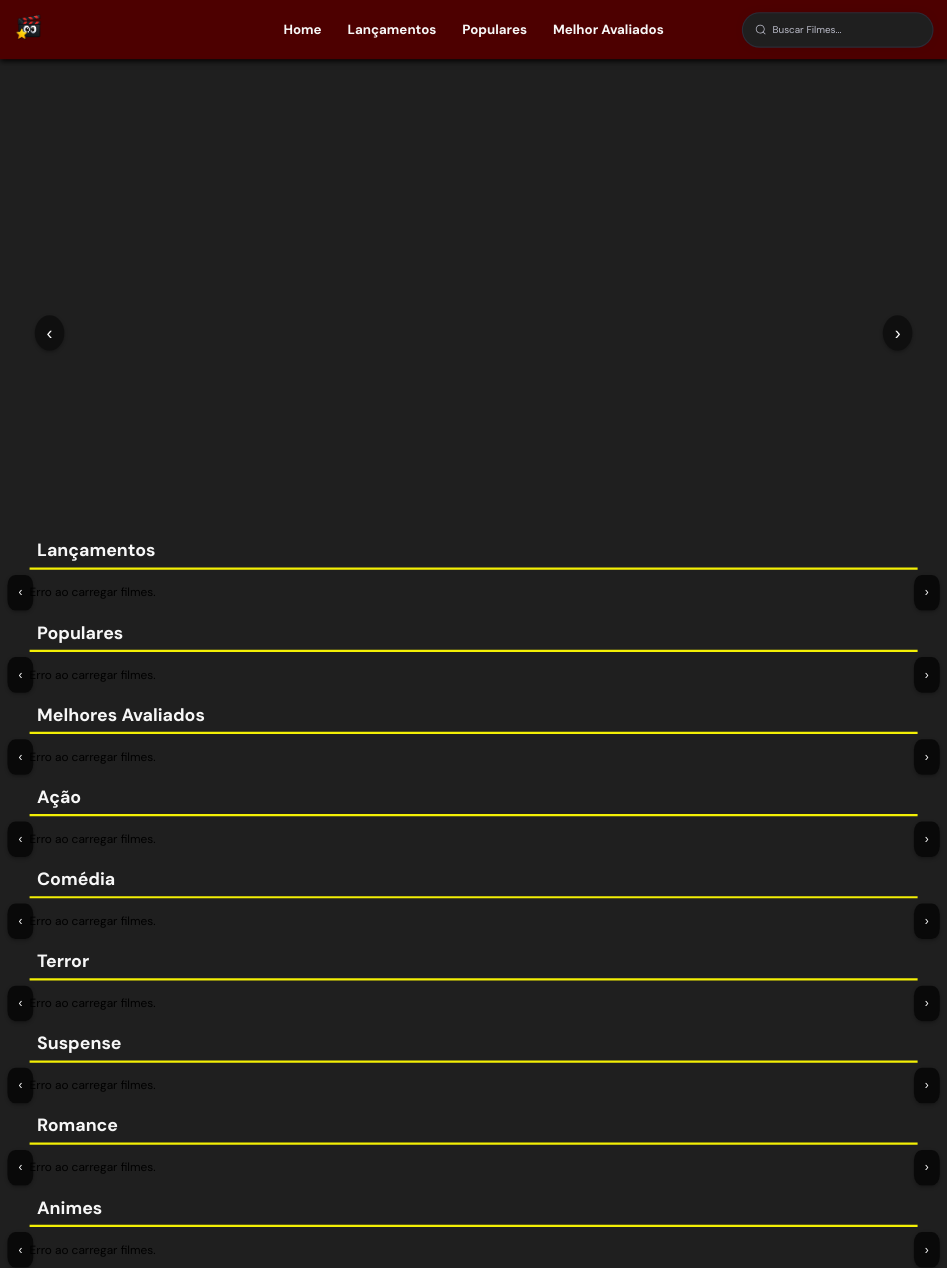
Repository: juanpablitozito/stat-viewer
Page: index.html
The author's editor kept a copy of each file at every save. The page is drawn from the files as they stood at one save, then again after the next save.
The browser window is 1280 px wide. The pictures show the whole page, at 74% of full size.
The page's requests for data from a server got no answer.

Above is the page before, as saved 2025-10-01 21:17:46.

### index.html
<!DOCTYPE html>
<html lang="pt-br">
<head>
    <meta charset="UTF-8">
    <meta name="viewport" content="width=device-width, initial-scale=1.0">
    <link rel="shortcut icon" href="/assets/img/logo_stat.ico" type="image/x-icon">
    <title>Stat Viewer</title>
    <link rel="stylesheet" href="src/styles/style.css">
    <link rel="preconnect" href="https://fonts.googleapis.com">
    <link rel="preconnect" href="https://fonts.gstatic.com" crossorigin>
    <link href="https://fonts.googleapis.com/css2?family=DM+Sans:ital,opsz,wght@0,9..40,100..1000;1,9..40,100..1000&display=swap" rel="stylesheet">
    <script src="https://cdn.jsdelivr.net/npm/sweetalert2@11"></script>
</head>
<body>

    <header>
        <section class="nav-bar">

            <nav id="home">

                <a href="/src/pages/login.html"><img src="assets/img/logo_stat.ico" alt="logo" ></a>

                <ul>

                    <li><a href="#home">Home</a></li>
                    <li><a href="#lançamentos">Lançamentos</a></li>
                    <li><a href="#populares">Populares</a></li>
                    <li><a href="#melhoravaliados">Melhor Avaliados</a></li>
                </ul>

                <div class="search-container">
                  <div class="group">
                    <svg viewBox="0 0 24 24" aria-hidden="true" class="search-icon">
                      <g>
                        <path
                          d="M21.53 20.47l-3.66-3.66C19.195 15.24 20 13.214 20 11c0-4.97-4.03-9-9-9s-9 4.03-9 9 4.03 9 9 9c2.215 0 4.24-.804 5.808-2.13l3.66 3.66c.147.146.34.22.53.22s.385-.073.53-.22c.295-.293.295-.767.002-1.06zM3.5 11c0-4.135 3.365-7.5 7.5-7.5s7.5 3.365 7.5 7.5-3.365 7.5-7.5 7.5-7.5-3.365-7.5-7.5z"
                        ></path>
                      </g>
                    </svg>
                    <input
                      id="query"
                      class="input"
                      type="search"
                      placeholder="Buscar Filmes..."
                      name="searchbar"

                    />
                  </div>
                </div>

                <!-- Overlay para resultados da busca -->
                <div id="searchResultsOverlay" class="search-overlay hidden">
                  <div id="searchResults" class="search-results"></div>
                </div>
            </nav>

        </section>

    </header>
    <main>

      <section >
        <div class="carrossel">
          <div class="slides" id="slides">

          </div>

          <button class="btn anterior" onclick="voltarSlide()">‹</button>
          <button class="btn proximo" onclick="avancarSlide()">›</button>
        </div>
      </section>

      <section id="lançamentos">
        <h2>Lançamentos</h2>
        <div class="movie-section">
          <button class="prev-launches">‹</button>
          <div id="launches" class="movie-row"></div>
          <button class="next-launches">›</button>
        </div>
      </section>

      <section id="populares">
        <h2>Populares</h2>
        <div class="movie-section">
          <button class="prev-popular">‹</button>
          <div id="popular" class="movie-row"></div>
          <button class="next-popular">›</button>
        </div>
      </section>

      <section id="melhoravaliados">
        <h2>Melhores Avaliados</h2>
        <div class="movie-section">
          <button class="prev-topRated">‹</button>
          <div id="topRated" class="movie-row"></div>
          <button class="next-topRated">›</button>
        </div>
      </section>

      <section>
        <h2>Ação</h2>
        <div class="movie-section">
          <button class="prev-acao">‹</button>
          <div id="acao" class="movie-row"></div>
          <button class="next-acao">›</button>
        </div>
      </section>

      <section>
        <h2>Comédia</h2>
        <div class="movie-section">
          <button class="prev-comedia">‹</button>
          <div id="comedia" class="movie-row"></div>
          <button class="next-comedia">›</button>
        </div>
      </section>

      <section>
        <h2>Terror</h2>
        <div class="movie-section">
          <button class="prev-terror">‹</button>
          <div id="terror" class="movie-row"></div>
          <button class="next-terror">›</button>
        </div>
      </section>

      <section>
        <h2>Suspense</h2>
        <div class="movie-section">
          <button class="prev-suspense">‹</button>
          <div id="suspense" class="movie-row"></div>
          <button class="next-suspense">›</button>
        </div>
      </section>

      <section>
        <h2>Romance</h2>
        <div class="movie-section">
          <button class="prev-romance">‹</button>
          <div id="romance" class="movie-row"></div>
          <button class="next-romance">›</button>
        </div>
      </section>

      <section>
        <h2>Animes</h2>
        <div class="movie-section">
          <button class="prev-anime">‹</button>
          <div id="anime" class="movie-row"></div>
          <button class="next-anime">›</button>
        </div>
      </section>



    </main>

      <footer class="footer">

      </footer>

      <!-- Caixa de avaliaçao -->
      <div id="movieModal" class="modal hidden">
        <div class="modal-container">
        <div class="modal-image" id="modalBgImage"></div>
        <div class="modal-content">
          <span id="closeModal" class="close-button">&times;</span>

          <div class="modal-header">
            <h2 id="modalTitle"></h2>
            <p id="modalRating"></p>
            <p id="modalRelease"></p>
          </div>

          <hr>

          <div class="sinopse">

            <h5> Sinopse:</h5>

            <p id="modalOverview"></p>

          </div>

            <hr>


          <div id="modalTrailer">
            <!-- O trailer será inserido aqui via JavaScript -->
          </div>
        </div>
      </div>
    </div>



    <script src="src/js/script.js"></script>
</body>
</html>

### src/styles/style.css
/* Definindo o comportamento básico para todos os elementos */

:root{
  --cor-primaria: #1f1f1f;

  --accent-color: #a8a8a8;
  --highlight-color: #f7f7f7;
  --button-color: #fffb04f1;
  --button-hover-color: #fffb04bb;
  --segunda-cor: rgb(77, 0, 0);
  --text-color: #f7f7f7;
  --sombra: rgba(0, 0, 0, 1) 0px 2px 8px;
  --transition: all 0.3s ease;
  ;
}
* {
  box-sizing: border-box;  /* Inclui padding e bordas no tamanho total do elemento */
  scroll-behavior: smooth;  /* Aplica rolagem suave para a página */
  margin: 0;  /* Remove a margem padrão de todos os elementos */
  padding: 0;  /* Remove o padding padrão de todos os elementos */
}

/* Estilo para o corpo da página */
body {
  background-color: var(--cor-primaria);  /* Cor de fundo escura */
  font-family: DM Sans, sans-serif;  /* Fonte utilizada para o texto */
}

/* Estilo para a barra de navegação */
nav {
  position: fixed;
  z-index: 10001;
  width: 100%;
  top: 0;
  height: 80px;  /* Altura automática */
  background-color: var(--segunda-cor);  /* Cor de fundo da barra de navegação */
  display: flex;  /* Usando flexbox para organizar os itens */
  justify-content: space-between;  /* Espaça os itens entre si */
  align-items: center;  /* Alinha os itens verticalmente */
  padding: 5px 20px;  /* Espaçamento interno */
  box-shadow: var(--sombra);
}

/* Estilo para a lista de links de navegação */
ul {
  display: flex;  /* Exibe os itens da lista em linha */
  flex-direction: row;  /* Alinha os itens na horizontal */
  position: absolute;  /* Posição absoluta para centralizar */
  left: 50%;  /* Centraliza a lista */
  transform: translateX(-50%);  /* Ajusta a posição para exatamente o centro */
  list-style: none;  /* Remove os marcadores da lista */
  gap: 35px;  /* Espaço entre os itens */
}

/* Estilo dos links de navegação */
a {
  color: #f7f7f7;  /* Cor do texto do link */
  text-decoration: none;  /* Remove o sublinhado */
  font-size: 18px;  /* Tamanho da fonte */
  font-weight: bold;  /* Deixa o texto em negrito */
}

/* Efeito de hover nos links */
a:hover {
  color: #a8a8a8;  /* Cor ao passar o mouse */
  transition: 0.5s ease;  /* Transição suave */
}

/* Estilo para o logo na barra de navegação */
nav img {
  width: 3vw;  /* Largura do logo em relação à largura da tela */
}

/* Estilo para a barra de pesquisa */
.group {
  display: flex;  /* Exibe os elementos da barra de pesquisa em linha */
  line-height: 28px;  /* Alinha o texto verticalmente */
  align-items: center;  /* Alinha os itens verticalmente */
  position: relative;  /* Posição relativa para o ícone de pesquisa */
}

/* Estilo do campo de input da pesquisa */
.input {
  font-family: "DM Sans", sans-serif;  /* Fonte do campo de pesquisa */
  width: 20vw;
  height: 45px;  /* Altura do campo */
  padding-left: 2.5rem;  /* Espaçamento interno à esquerda */
  box-shadow: 0 0 0 1.5px #2b2c37, 0 0 25px -17px #000;  /* Sombra */
  border: 0;  /* Remove a borda */
  border-radius: 30px;  /* Bordas arredondadas */
  background-color: var(--cor-primaria);  /* Cor de fundo */
  outline: none;  /* Remove o contorno padrão */
  color: #bdbecb;  /* Cor do texto */
  transition: all 0.25s cubic-bezier(0.19, 1, 0.22, 1);  /* Transição suave */
  cursor: text;  /* Aponta o cursor de texto */
  z-index: 0;  /* Define a camada do elemento */
}

/* Estilo para o texto do placeholder */
.input::placeholder {
  color: #bdbecb;  /* Cor do placeholder */
}

/* Efeito de hover no campo de input */
.input:hover {
  box-shadow: 0 0 0 2.5px #2f303d, 0px 0px 25px -15px #000;  /* Sombra maior */
}

/* Efeito quando o campo é clicado */
.input:active {
  transform: scale(0.95);  /* Reduz o tamanho ao ser clicado */
}

/* Efeito quando o campo de input está em foco */
.input:focus {
  box-shadow: 0 0 0 2.5px #2f303d;  /* Aplica sombra ao focar */
}

/* Estilo para o ícone de pesquisa */
.search-icon {
  position: absolute;  /* Posição absoluta dentro do campo de pesquisa */
  left: 1rem;  /* Alinhamento à esquerda */
  fill: #bdbecb;  /* Cor do ícone */
  width: 1rem;  /* Largura do ícone */
  height: 1rem;  /* Altura do ícone */
  pointer-events: none;  /* Não interage com o ícone */
  z-index: 1;  /* Define a camada do ícone */
}

/* Estilo do carrossel de filmes */
.carrossel {
  position: relative;  /* Posição relativa */
  width: 95vw;  /* Largura do carrossel */
  height: 600px;  /* Altura do carrossel */
  margin: 200px auto 20px;  /* Margem automática para centralizar */
  overflow: hidden;  /* Oculta qualquer conteúdo fora da área visível */
  border-radius: 10px;  /* Bordas arredondadas */
  box-shadow: 0 4px 10px var(--sombra);  /* Sombra para o carrossel */
}

/* Estilo para os slides dentro do carrossel */
.slides {
  display: flex;  /* Exibe os slides em linha */
  transition: transform 1.5s ease-in-out;  /* Transição suave para mover os slides */
  height: 100%;  /* Altura do slide é igual à do carrossel */
}

/* Estilo para as imagens dos slides */
.slides img {
  width: 100%;  /* Largura total do slide */
  height: 100%;  /* Altura total do slide */
  flex-shrink: 0;  /* Impede o encolhimento da imagem */
}

/* Estilo dos botões de navegação do carrossel */
.btn {
  position: absolute;  /* Posição absoluta dentro do carrossel */
  top: 50%;  /* Centraliza verticalmente */
  transform: translateY(-50%);  /* Ajusta o alinhamento vertical */
  background: rgba(0, 0, 0, 0.5);  /* Cor de fundo com transparência */
  color: white;  /* Cor do texto */
  border: none;  /* Remove a borda */
  padding: 10px 16px;  /* Espaçamento interno */
  font-size: 24px;  /* Tamanho da fonte */
  cursor: pointer;  /* Cursor de ponteiro para indicar que é clicável */
  border-radius: 50%;  /* Botões arredondados */
}

/* Estilo para o botão anterior */
.btn.anterior {
  left: 15px;  /* Posição à esquerda */
}

/* Estilo para o botão próximo */
.btn.proximo {
  right: 15px;  /* Posição à direita */
}

/* Efeito de hover nos botões */
.btn:hover {
  background: rgba(0, 0, 0, 0.7);  /* Altera a cor do fundo ao passar o mouse */
}

/* Estilo para o catálogo de filmes */
h1 {
  text-align: center;  /* Centraliza o texto */
  padding: 10px 20px;  /* Espaçamento interno */
  margin: 10px;  /* Margem externa */
  color: #f7f7f7;  /* Cor do texto */
}

/* Estilo para o subtítulo do catálogo */
h2 {
      padding: 8px 10px;
    margin: 20px 40px;
    color: #f7f7f7;
    border-bottom: 3px solid var(--button-color);
  color: #f7f7f7;  /* Cor do texto */
}

/* Estilo para os cards de filmes */
.movie-section {
  display: flex;  /* Exibe os filmes em linha */
  align-items: center;  /* Alinha verticalmente */
  position: relative;  /* Define contexto para os botões */
}

/* Estilo para a linha de filmes */
.movie-row {
  display: flex;  /* Exibe os filmes em linha */
  overflow-x: hidden;  /* Oculta a barra de rolagem horizontal */
  scroll-behavior: smooth;  /* Rolagem suave */
  position: relative;  /* Define contexto para os botões */
  margin: 0 40px;  /* Margem externa */
}

/* Estilo para cada card de filme */
.card-movie {
  width: 200px;  /* Largura do card */
  height: 350px;  /* Altura do card */
  border-radius: 8px;  /* Bordas arredondadas */
  overflow: hidden;  /* Oculta qualquer conteúdo fora do card */
  text-align: center;  /* Centraliza o texto */
  padding: 10px;  /* Espaçamento interno */
  flex: 0 0 auto;  /* Impede o encolhimento do card */
  display: flex;  /* Exibe o conteúdo do card em flex */
  flex-direction: column;  /* Alinha o conteúdo do card na vertical */
  justify-content: space-between;  /* Espaço entre os elementos do card */
}

/* Estilo para as imagens dentro do card */
.card-movie img {
  width: 100%;  /* Largura total da imagem */
  height: 300px;  /* Altura da imagem */
  border-radius: 8px;  /* Bordas arredondadas */
  object-fit: cover;  /* Preenche o espaço do card com a imagem */
  object-position: center;  /* Centraliza a imagem */
  cursor: pointer;
  box-shadow: var(--sombra)
}

.card-movie img:hover {
  transform: scale(1.10);
  transition: var(--transition);
  box-shadow: 0 4px 20px var(--sombra);
}
.card-movie h3 {
  display: none;
}

/* Estilo para os botões de navegação */
section button {
  background-color: rgba(0, 0, 0, 0.5);  /* Cor de fundo semitransparente */
  color: white;  /* Cor do texto */
  border: none;  /* Remove as bordas padrão */
  padding: 10px 20px;  /* Espaçamento interno */
  font-size: 16px;  /* Tamanho da fonte */
  cursor: pointer;  /* Cursor de ponteiro */
  transition: background-color 0.3s ease;  /* Transição suave para a cor de fundo */
  position: absolute;  /* Posição absoluta dentro do carrossel */
  top: 50%;  /* Centraliza verticalmente */
  transform: translateY(-50%);  /* Ajusta o alinhamento vertical */
  z-index: 10;  /* Garante que o botão fique acima do conteúdo */
  background-color: rgba(0, 0, 0, 0.7);  /* Fundo com maior transparência */
  padding: 15px;  /* Aumenta o tamanho dos botões */
  border-radius: 30%;  /* Botões arredondados */
  box-shadow: 0 2px 5px rgba(0, 0, 0, 0.3);  /* Sombra nos botões */
}

/* Efeito de hover nos botões */
section button:hover {
  background-color: rgba(0, 0, 0, 0.9);  /* Altera a cor do fundo ao passar o mouse */
}

/* Estilos específicos para os carrosséis de filmes */
#launches, #popular, #topRated, #acao, #comedia, #terror, #suspense, #romance, #anime {
  position: relative;  /* Posição relativa para os botões */
}

/* Estilo para o botão de "Anterior" nos filmes */
.prev-launches, .prev-popular, .prev-topRated, .prev-acao, .prev-comedia, .prev-terror, .prev-suspense, .prev-romance, .prev-anime {
  left: 10px;  /* Posição à esquerda */
}

/* Estilo para o botão de "Próximo" nos filmes */
.next-launches, .next-popular, .next-topRated, .next-acao, .next-comedia, .next-terror, .next-suspense, .next-romance, .next-anime {
  right: 10px;  /* Posição à direita */
}

.modal {
  position: fixed;
  inset: 0;
  background-color: rgba(0, 0, 0, 0.85);
  display: flex;
  align-items: center;
  justify-content: center;
  z-index: 9999;
}

hr{
  margin: 20px 0;
}

.modal-container {
  display: flex;
  width: 90%;
  max-width: 900px;
  height: 500px;
  background-color: #1f1f1f;
  border-radius: 8px;
  overflow: hidden;
  color: white;
}

.modal-image {
  flex: 0 0 35%;
  background-size: cover;
  background-position: center;
  background-repeat: no-repeat;
  min-height: 100%;
}

#modalTitle{
  padding: 0;
  margin: 0;
}

#modalRating{
  position: absolute;
  top: 35px;
  right: 100px;
}

.btn-trailer{
  padding: 10px 20px;
  background-color: orange;
  border: 1px solid white;
  border-radius: 1px;
}

.btn-trailer:hover{
  background-color: rgb(187, 124, 6);
  border: 1px solid white;
  cursor: pointer;
}

h5{
  font-size: 18px;
  margin: 0;
  padding: 0;
}

.sinopse{
  margin: 20px 0;
}

#modalOverview{
  font-family:'Montserrat', sans-serif;
  color: #a8a8a8;
  width: 100%;
  margin: 0;
}

.modal-content {
  background-color: #1f1f1f;
  padding: 30px;
  border-radius: 10px;
  max-width: 800px;
  max-height: 800px;
  height: 100%;
  width: 100%;
  color: #f7f7f7;
  position: relative;
}

.close-button {
  position: absolute;
  top: 10px;
  right: 15px;
  font-size: 22px;
  cursor: pointer;
}

.hidden {
  display: none;
}

/* Caixa de Pesquisa */

.search-overlay {
  position: fixed;
  top: 70px;
  left: 0;
  right: 0;
  bottom: 0;
  background-color: rgba(0, 0, 0, 0.95);
  z-index: 999;
  overflow-y: auto;
  padding: 20px;
}

.search-results {
  display: flex;
  flex-wrap: wrap;
  gap: 20px;
}

.hidden {
  display: none;
}

.meu-popup {
  background: #1f1f1f;
  border-radius: 20px;
  box-shadow: 10px 10px  100px rgba(255, 0, 0, 0.589);
}

.meu-titulo {
  font-family: 'Poppins', sans-serif;
  color: #fff;
  border: none;
}

.meu-botao {
  background-color: var(--segunda-cor);
  color: var(--text-color);

  transition: var(--transition);
  border-radius: 10px;
  padding: 8px 20px;
border: none;
}

.meu-botao:hover {
  background-color: #4d000080;
  color: var(--text-color);
  transform: translate(1.05);

}

/* Responsividade*/

@media (max-width: 767px) {
  /* Ajustes na barra de navegação */
  nav {
    flex-direction: column;
    padding: 10px;
    height: auto;
  }

  nav img {
    width: 40px;
    margin-bottom: 10px;
  }

  ul {
    position: static;
    transform: none;
    flex-wrap: wrap;
    justify-content: center;
    gap: 15px;
    margin-top: 10px;
    margin-bottom: 10px;
  }

  .search-container {
    width: 100%;
    margin-top: 10px;
  }

  .input {
    width: 100%;
  }

  /* Ajustes no carrossel */
  .carrossel {
    height: 200px;
    margin: 70px auto 20px;
  }

  /* Ajustes nas seções de filmes */
  h2 {
    padding: 10px 20px;
    font-size: 1.2rem;
  }

  .movie-section {
    margin: 0;
  }

  .movie-row {
    margin: 0 15px;
    scroll-padding: 0 15px;
  }

  .card-movie {
    width: 150px;
    height: 250px;
  }

  .card-movie img {
    height: 200px;
  }

  section button {
    padding: 8px;
    font-size: 12px;
  }

  /* Modal */
  .modal-container {
    flex-direction: column;
    height: auto;
    max-height: 90vh;
    overflow-y: auto;
  }

  .modal-image {
    flex: 0 0 200px;
    min-height: 200px;
  }

  .modal-content {
    padding: 15px;
  }

  /* Overlay de busca */
  .search-overlay {
    top: 150px;
  }

  .search-results {
    justify-content: center;
  }
}

/* Telas médias (tablets, 768px a 1023px) */
@media (min-width: 768px) and (max-width: 1023px) {
  /* Ajustes na barra de navegação */
  nav {
    padding: 10px 15px;
  }

  nav img {
    width: 30px;
  }

  ul {
    gap: 20px;
  }

  .input {
    width: 25vw;
  }

  /* Ajustes no carrossel */
  .carrossel {
    height: 400px;
    margin: 80px auto 30px;
  }

  /* Ajustes nas seções de filmes */
  h2 {
    padding: 15px 30px;
  }

  .movie-row {
    margin: 0 30px;
  }

  .card-movie {
    width: 180px;
    height: 300px;
  }

  .card-movie img {
    height: 250px;
  }

  /* Modal */
  .modal-container {
    height: 70vh;
  }

  .modal-image {
    flex: 0 0 30%;
  }
}

/* Telas grandes (notebooks e desktops, 1024px a 1439px) */
@media (min-width: 1024px) and (max-width: 1439px) {
  /* Ajustes no carrossel */
  .carrossel {
    height: 500px;
  }

  /* Ajustes nas seções de filmes */
  .card-movie {
    width: 190px;
    height: 320px;
  }

  .card-movie img {
    height: 270px;
  }
}

Loaded but not shown: src/js/script.js (488 lines, source omitted)

After the next save:
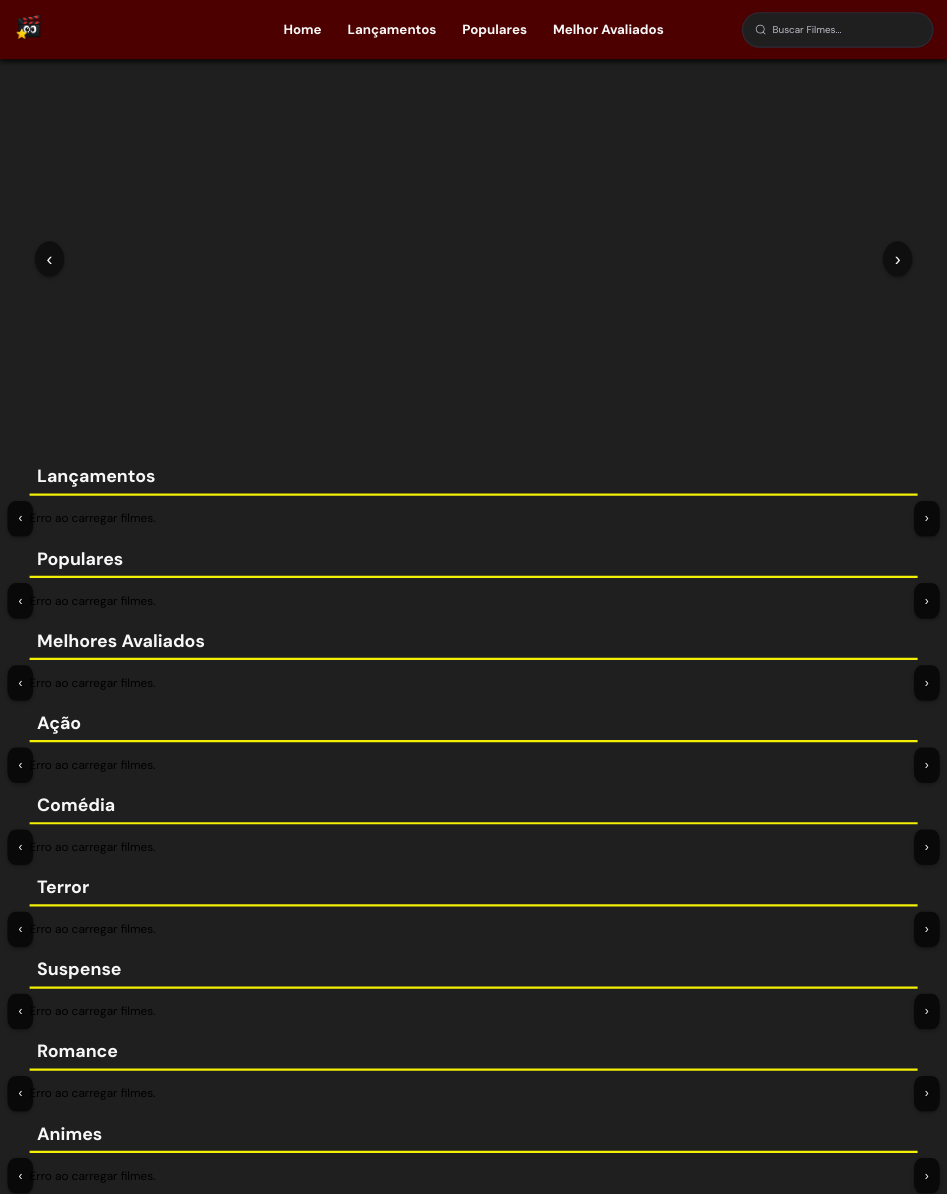
Saved 6 s later.
--- a/src/styles/style.css
+++ b/src/styles/style.css
@@ -132,7 +132,7 @@ nav img {
   position: relative;  /* Posição relativa */
   width: 95vw;  /* Largura do carrossel */
   height: 600px;  /* Altura do carrossel */
-  margin: 200px auto 20px;  /* Margem automática para centralizar */
+  margin: 100px auto 20px;  /* Margem automática para centralizar */
   overflow: hidden;  /* Oculta qualquer conteúdo fora da área visível */
   border-radius: 10px;  /* Bordas arredondadas */
   box-shadow: 0 4px 10px var(--sombra);  /* Sombra para o carrossel */
